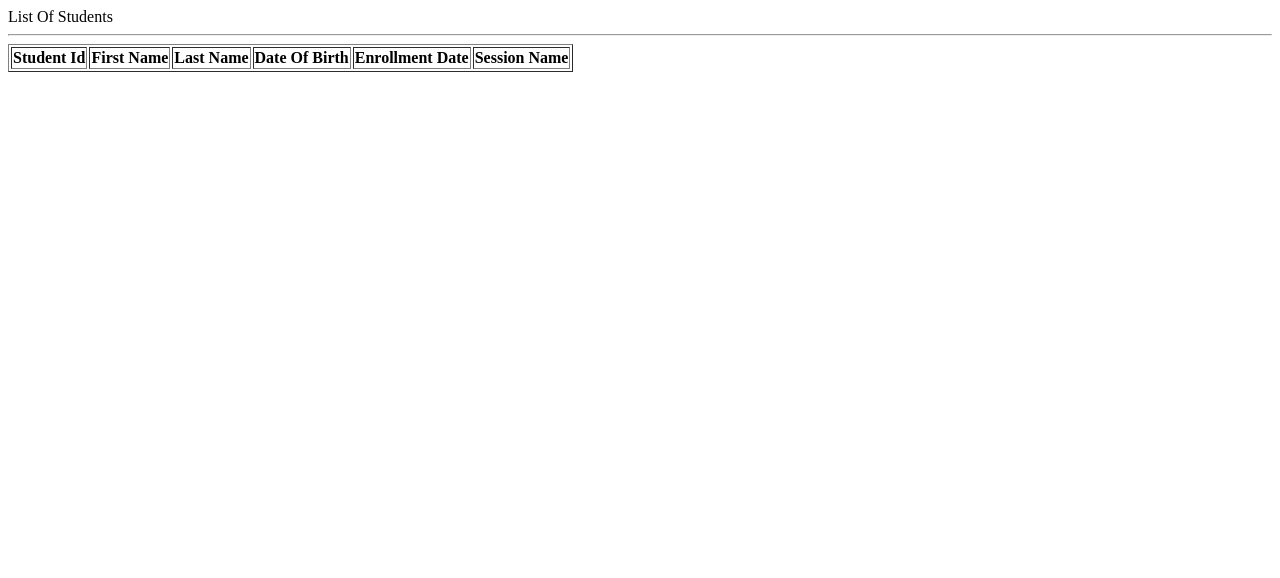
Repository: harshithkandula/Myfirstpractice
Page: http://localhost/ServletDemoJdbc/students
An editor plug-in stored every save of this project. The page is shown before and after the next save, followed by the edit.
The browser window is 1280 px wide. The pictures show the whole page.
The page is served by Tomcat 10. Other server files are loaded and not shown. Queries for data that is not in the repository find no rows.

Above is the page before, as saved 2024-02-12 08:51:16.

### ServletDemoJdbc/src/main/java/com/cms/JdbcQueryServletDemo.java
package com.cms;

import jakarta.servlet.ServletConfig;
import jakarta.servlet.ServletException;
import jakarta.servlet.annotation.WebServlet;
import jakarta.servlet.http.HttpServlet;
import jakarta.servlet.http.HttpServletRequest;
import jakarta.servlet.http.HttpServletResponse;
import java.io.IOException;
import java.io.PrintWriter;
import java.sql.Connection;
import java.sql.DriverManager;
import java.sql.ResultSet;
import java.sql.Statement;

/**
 * Servlet implementation class JdbcQueryServletDemo
 */
public class JdbcQueryServletDemo extends HttpServlet {
	private static final long serialVersionUID = 1L;
	Connection connection;
    /**
     * @see HttpServlet#HttpServlet()
     */
    public JdbcQueryServletDemo() {
        super();
        // TODO Auto-generated constructor stub
    }

    public void init(ServletConfig config) {
    	try {
    		Class.forName("com.mysql.cj.jdbc.Driver");
			connection = DriverManager.getConnection(config.getInitParameter("url"),config.getInitParameter("username"), config.getInitParameter("password"));
    	}catch(Exception e) {
    		e.printStackTrace();
    	}
    }


	protected void doGet(HttpServletRequest request, HttpServletResponse response) throws ServletException, IOException {
		// TODO Auto-generated method stub
		response.setContentType("text/html");
		PrintWriter out = response.getWriter();


		try {

			Statement stmt =  connection.createStatement();
			ResultSet resultSet = stmt.executeQuery("Select * from student");

			out.write("List Of Students <hr>");
			out.write("<table border=1>");
			out.write("<tr><th>Student Id</th><th>First Name</th><th>Last Name</th><th>Date Of Birth</th><th>Enrollment Date</th><th>Session Name</th></tr>");

			while(resultSet.next()) {
				int id  = resultSet.getInt("student_id");
				String first_name  = resultSet.getString("first_name");
				String lastName = resultSet.getString("last_name");
	            String dateOfBirth = resultSet.getString("date_of_birth");
	            String enrollmentDate = resultSet.getString("enrollment_date");
	            String session_name = resultSet.getString("session_name");

	              out.println("<tr>"+"<td>"+ id +"</td>"+
	                    "<td>" + first_name +"</td><td>"+ lastName +
	                    "</td><td>" + dateOfBirth +
	                    "</td><td>" + enrollmentDate +
	                    "</td><td>" + session_name+
	                    "</td><tr>");

	              out.write("</table>");
	              out.close();

			}
		}catch(Exception e) {
			e.printStackTrace();
		}
	}

	/**
	 * @see HttpServlet#doPost(HttpServletRequest request, HttpServletResponse response)
	 */
	protected void doPost(HttpServletRequest request, HttpServletResponse response) throws ServletException, IOException {
		// TODO Auto-generated method stub
		doGet(request, response);
	}

}

After the next save:
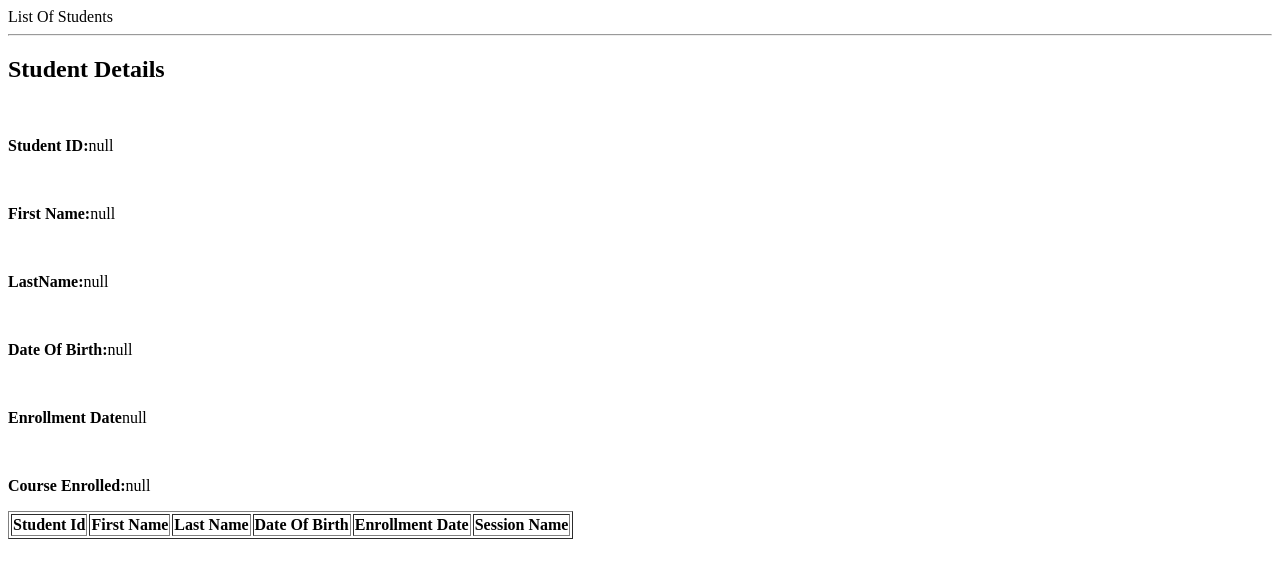
Saved 77 s later.
--- a/ServletDemoJdbc/src/main/java/com/cms/JdbcQueryServletDemo.java
+++ b/ServletDemoJdbc/src/main/java/com/cms/JdbcQueryServletDemo.java
@@ -71,6 +71,21 @@ public class JdbcQueryServletDemo extends HttpServlet {
 	              out.close();
 
 			}
+
+			String stuid = request.getParameter("stid");
+			String fname = request.getParameter("fn");
+			String lname = request.getParameter("ln");
+			String dob = request.getParameter("dob");
+			String ed = request.getParameter("ed");
+			String course =request.getParameter("c");
+
+			out.println("<h2>Student Details</h2><br>");
+			out.println("<p><b>Student ID:</b>"+stuid+"</p><br>");
+			out.println("<p><b>First Name:</b>"+fname+"</p><br>");
+			out.println("<p><b>LastName:</b>"+lname+"</p><br>");
+			out.println("<p><b>Date Of Birth:</b>"+dob+"</p><br>");
+			out.println("<p><b>Enrollment Date</b>"+ed+"</p><br>");
+			out.println("<p><b>Course Enrolled:</b>"+course+"</p>");
 		}catch(Exception e) {
 			e.printStackTrace();
 		}
